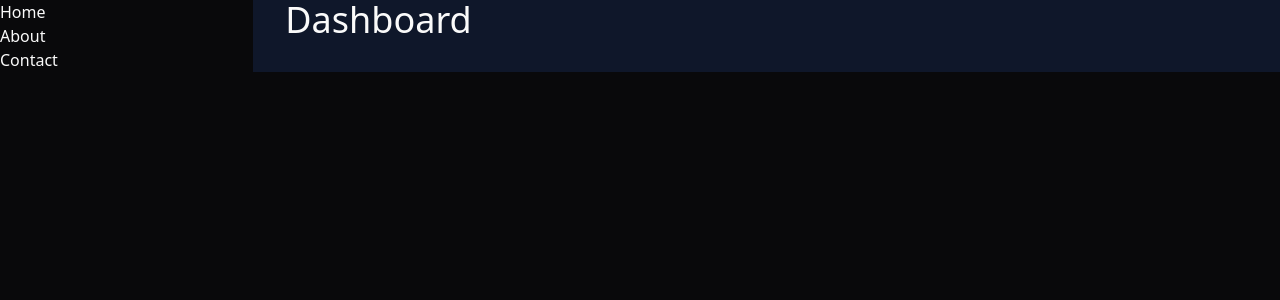
Repository: svoglimacci/recipe-app-tmp
Page: /app
These files come from the project's save history. The page is drawn as it stood at one moment and after the next save; the edit follows.
The browser window is 1280 px wide. The pictures show the whole page.
The project was rebuilt for these pictures with package versions that can differ from the ones it lists, and the page was loaded fresh each time. Also part of the build but not shown: vite.config.ts, src/components/Recipe.tsx, src/components/RecipeList.tsx, src/components/RecipeCard.tsx, src/views/Login.tsx, src/views/Landing.tsx, src/views/Home.tsx.

Above is the page before, as saved 2024-01-30 13:53:46.

After the next save:
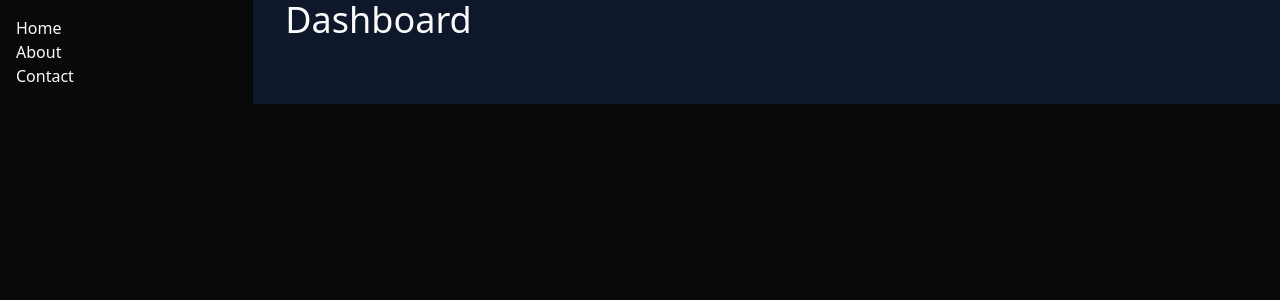
Saved 24 s later.
--- a/src/components/Nav.tsx
+++ b/src/components/Nav.tsx
@@ -2,7 +2,7 @@
 function Nav() {
   return (
   <nav className="flex flex-row w-80">
-  <ul className="flex flex-col justify-between">
+  <ul className="flex flex-col justify-between p-4">
     <li className="text-primary">Home</li>
     <li className="text-primary">About</li>
     <li className="text-primary">Contact</li>
